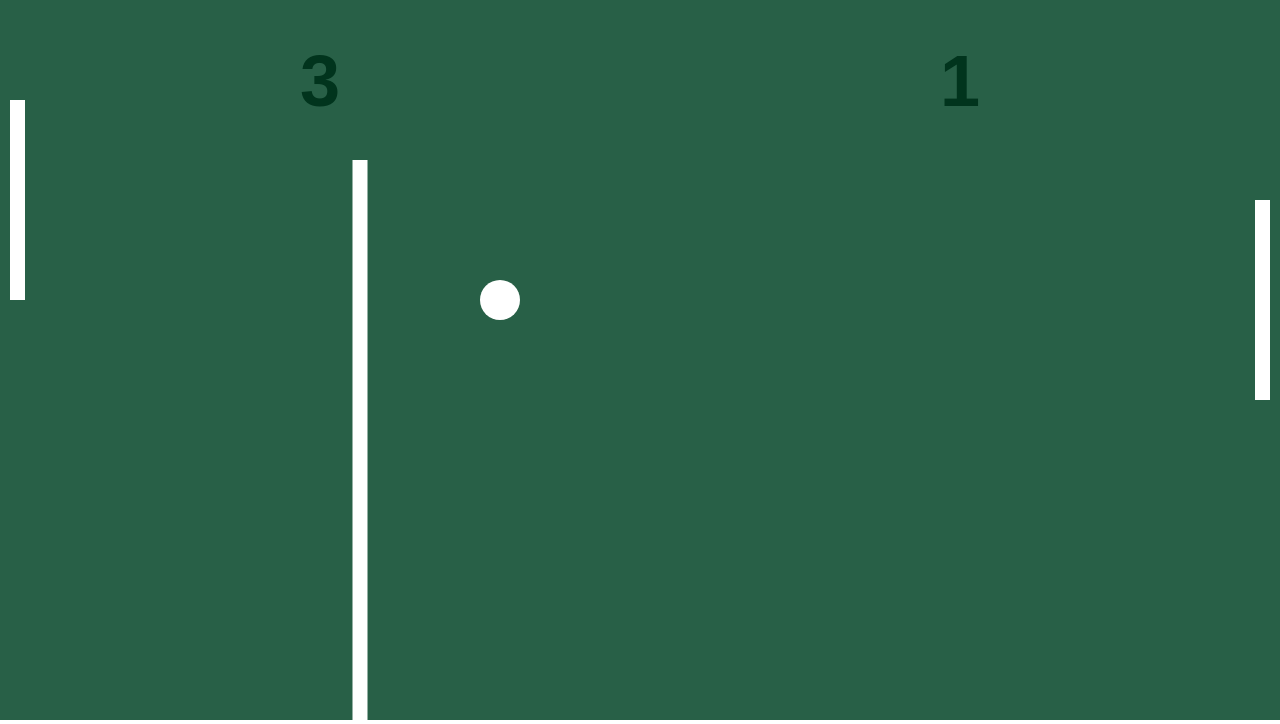
Repository: carlosrobertofigueiredo/Projeto-Ping-Pong
Page: index.html
The author's editor kept a copy of each file at every save. The page is drawn from the files as they stood at one save, then again after the next save.
The browser window is 1280 px wide. The pictures show the whole page.

Above is the page before, as saved 2023-05-01 12:52:35.

### index.html
<!DOCTYPE html>
<html lang="en">
  <head>
    <meta charset="UTF-8" />
    <meta http-equiv="X-UA-Compatible" content="IE=edge" />
    <meta name="viewport" content="width=device-width, initial-scale=1.0" />
    <title>Jogo Ping-Pong</title>
    <style>
      * {
        overflow: hidden;
        margin: 0;
        padding: 0;
      }
    </style>
  </head>
  <body>
    <canvas></canvas>
    <script>
      //Captura o elemento canvas do DOM
      const canvasEl = document.querySelector("canvas"),
        canvasCtx = canvasEl.getContext("2d")


      const field = {
        w: window.innerWidth,
        h: window.innerHeight,
        draw: function () {
          canvasCtx.fillStyle = "#286047" //fillStyle define o estilo para desenhar o objeto
          canvasCtx.fillRect(0, 0, window.innerWidth, window.innerHeight) //fillRect define as medidas do retângulo
        },
      }
      /*Função p/ definir altura e largura do campo*/
      function setup() {
        canvasEl.width = canvasCtx.width = window.innerWidth  //field.w
        canvasEl.height = canvasCtx.height = window.innerHeight  //field.h
      }

      /* Função de desenho dos elementos do campo*/
      function draw() {
        field.draw()

        const lineWidth = 15

        canvasCtx.fillStyle = "#ffffff"

        // desenha linha central
        /*canvasCtx.fillRect(
          window.innerWidth / 2 - lineWidth / 2,
          0,
          lineWidth,
          window.innerHeight
        ) */

        const x = window.innerHeight / 2 - lineWidth / 2 //largura do campo dividido por dois e a largura divida por dois, caso queira mudar a espessura da linha no futuro fica mais fácil para centralizar a linha
        const y = 160 // onde começa a linha
        const w = lineWidth  //largura é a própria linha
        const h = window.innerHeight

        canvasCtx.fillRect(x,y,w,h)

        // desenha a raquete esquerda
        canvasCtx.fillRect(10, 100, lineWidth, 200)

        // desenha a raquete direita
        canvasCtx.fillRect(
          window.innerWidth - lineWidth - 10,
          200,
          lineWidth,
          200
        )

        // desenha a bolinha
        canvasCtx.beginPath()
        canvasCtx.arc(500, 300, 20, 0, 2 * Math.PI, false)
        canvasCtx.fill()

        // desenha o placar
        canvasCtx.font = "bold 72px Arial"
        canvasCtx.textAlign = "center"
        canvasCtx.textBaseline = "top"
        canvasCtx.fillStyle = "#01341D"
        canvasCtx.fillText("3", window.innerWidth / 4, 50)
        canvasCtx.fillText(
          "1",
          window.innerWidth / 4 + window.innerWidth / 2,
          50
        )
      }

      setup()
      draw()
    </script>
  </body>
</html>

After the next save:
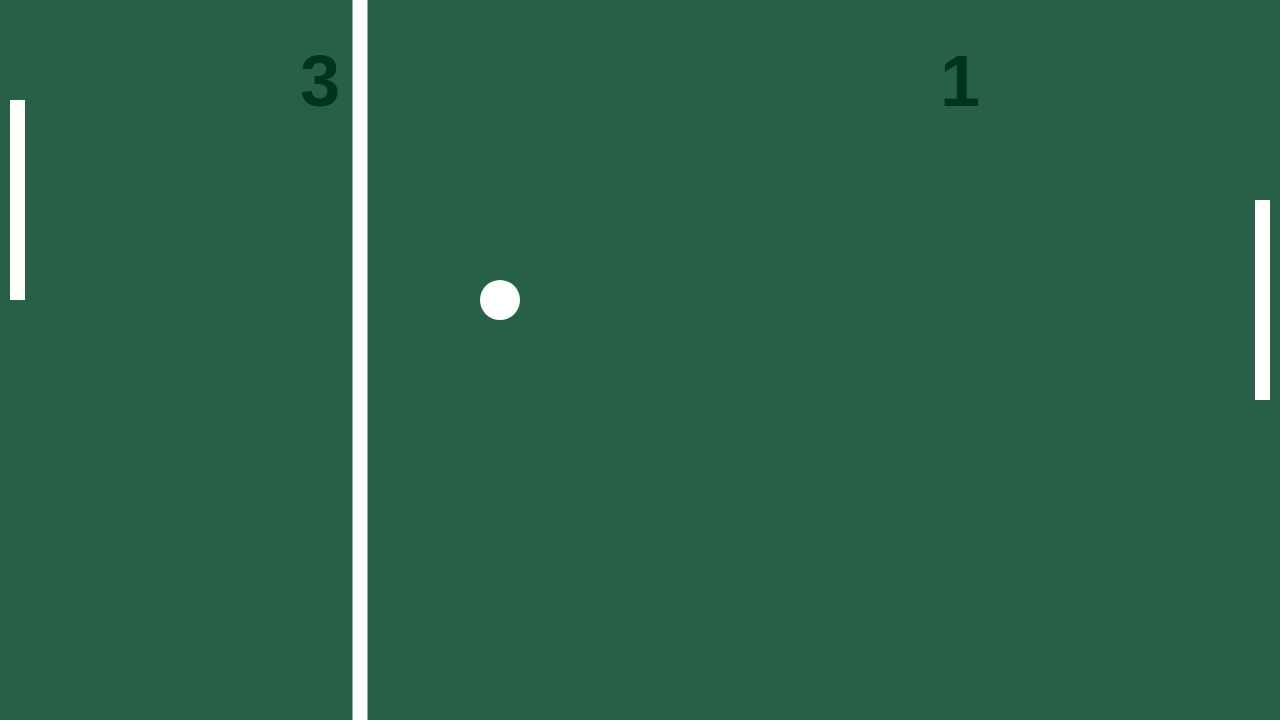
Saved 11 s later.
--- a/index.html
+++ b/index.html
@@ -52,7 +52,7 @@
         ) */
 
         const x = window.innerHeight / 2 - lineWidth / 2 //largura do campo dividido por dois e a largura divida por dois, caso queira mudar a espessura da linha no futuro fica mais fácil para centralizar a linha
-        const y = 160 // onde começa a linha
+        const y = 0 // onde começa a linha
         const w = lineWidth  //largura é a própria linha
         const h = window.innerHeight
 
